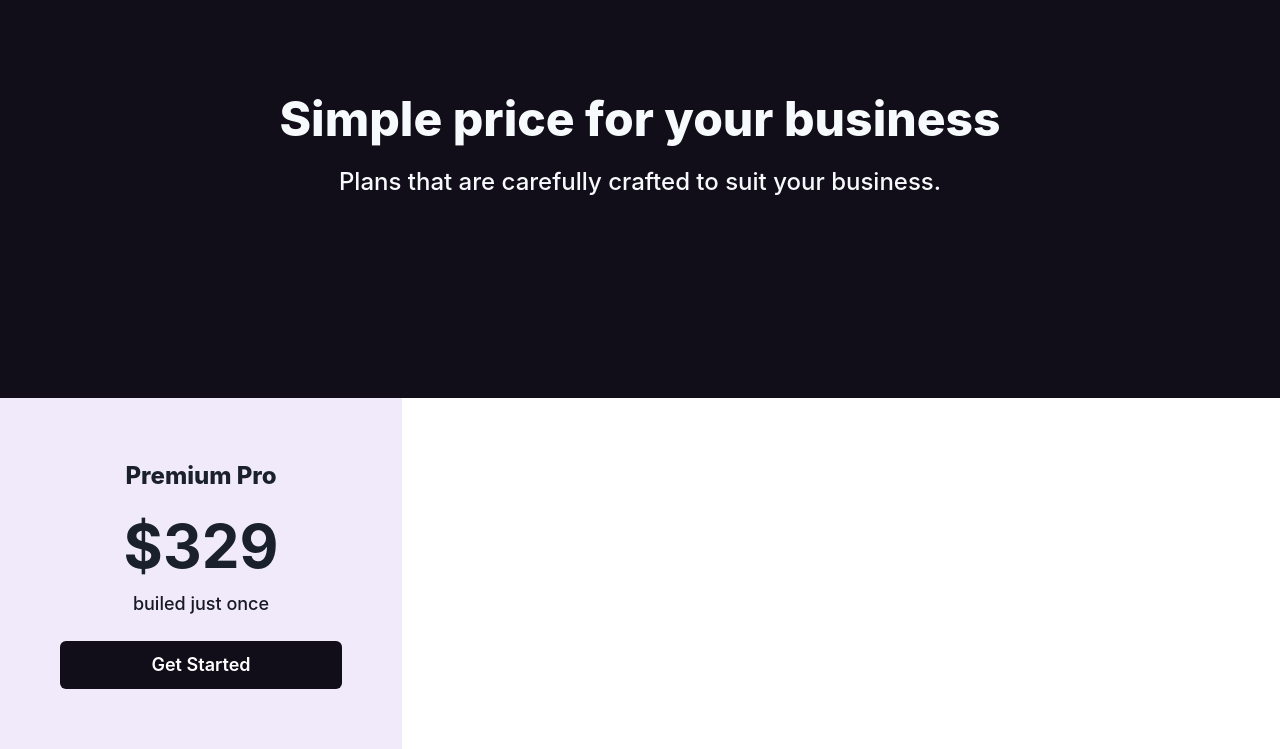
Repository: noutijo/learn-in-depth-chakra-ui
Page: /
The author's editor kept a copy of each file at every save. The page is drawn from the files as they stood at one save, then again after the next save.
The browser window is 1280 px wide. The pictures show the whole page.
The project was rebuilt for these pictures with package versions that can differ from the ones it lists, and the page was loaded fresh each time. Also part of the build but not shown: vite.config.ts.

Above is the page before, as saved 2023-01-30 15:48:37.

### src/main.tsx
import React from 'react'
import ReactDOM from 'react-dom/client'
import App from './App'
import { ChakraProvider } from "@chakra-ui/react"

ReactDOM.createRoot(document.getElementById('root') as HTMLElement).render(
  <ChakraProvider>
  <React.StrictMode>
    <App />
  </React.StrictMode>
  </ChakraProvider>,
)

### src/App.tsx
//import './App.css'
import "./App.css";
import { Box, Flex, Stack, VStack, HStack } from "@chakra-ui/react";
import { Header  } from "./components/Header";
import { Pricing } from "./components/Pricing";

export default function App() {
  return (
    <div className="App">
      <Box>
        <Header />
        <Pricing />
      </Box>
    </div>
  );
}

### src/App.css
#root {
  max-width: 1280px;
  margin: 0 auto;
  text-align: center;
}

.logo {
  height: 6em;
  padding: 1.5em;
  will-change: filter;
}
.logo:hover {
  filter: drop-shadow(0 0 2em #646cffaa);
}
.logo.react:hover {
  filter: drop-shadow(0 0 2em #61dafbaa);
}

@keyframes logo-spin {
  from {
    transform: rotate(0deg);
  }
  to {
    transform: rotate(360deg);
  }
}

@media (prefers-reduced-motion: no-preference) {
  a:nth-of-type(2) .logo {
    animation: logo-spin infinite 20s linear;
  }
}

.card {
  padding: 2em;
}

.read-the-docs {
  color: #888;
}

### src/components/Header.tsx
//import './App.css'
import { Box, Heading, Text, Flex } from "@chakra-ui/react";

export function Header() {
  return (
    <Box
      as="section"
      color="#F7FAFC"
      bg="#120E19"
      pt="90px"
      pb="198px"
      px="32px">
      <Heading fontWeight={800} fontSize={"48px"}>
        Simple price for your business
      </Heading>
      <Text fontWeight={500} fontSize={"24px"} mt="16px">
        Plans that are carefully crafted to suit your business.
      </Text>
    </Box>
  );
}

### src/components/Pricing.tsx
//import './App.css'
import { Box, Heading, Text, Flex, Button } from "@chakra-ui/react";

export function Pricing() {
  return (
    <Box>
      <Flex>
        <Box bg="#f0eafb" p="60px">
          <Text fontSize="24px" fontWeight="800">
            Premium Pro
          </Text>
          <Heading as="h3" fontSize="60px" mt="16px">
            $329
          </Heading>
          <Text fontSize="18px" fontWeight="500" color="#171923" mt="8px">
            builed just once
          </Text>
          <Button
            bg="#120E19"
            color="white"
            size={"lg"}
            w="282px"
            mt="24px"
            _hover={{ backgrounColor: "#120E19", color: "#F7FAFC" }}>
            Get Started
          </Button>
        </Box>
        <Box></Box>
      </Flex>
    </Box>
  );
}

Loaded but not shown: index.html (common file)

After the next save:
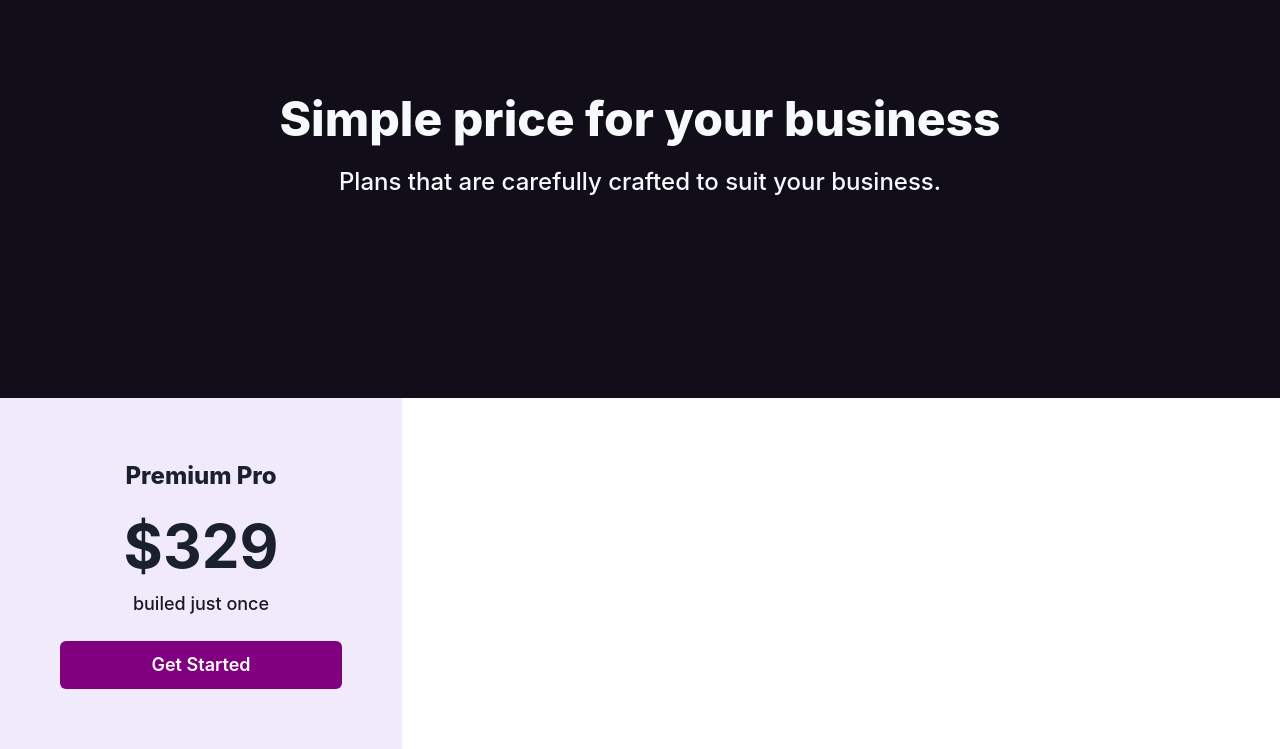
Saved 26 s later.
--- a/src/components/Pricing.tsx
+++ b/src/components/Pricing.tsx
@@ -16,12 +16,12 @@ export function Pricing() {
             builed just once
           </Text>
           <Button
-            bg="#120E19"
+            bg="purple"
             color="white"
             size={"lg"}
             w="282px"
             mt="24px"
-            _hover={{ backgrounColor: "#120E19", color: "#F7FAFC" }}>
+            _hover={{ backgrounColor: "purple", color: "#F7FAFC" }}>
             Get Started
           </Button>
         </Box>
